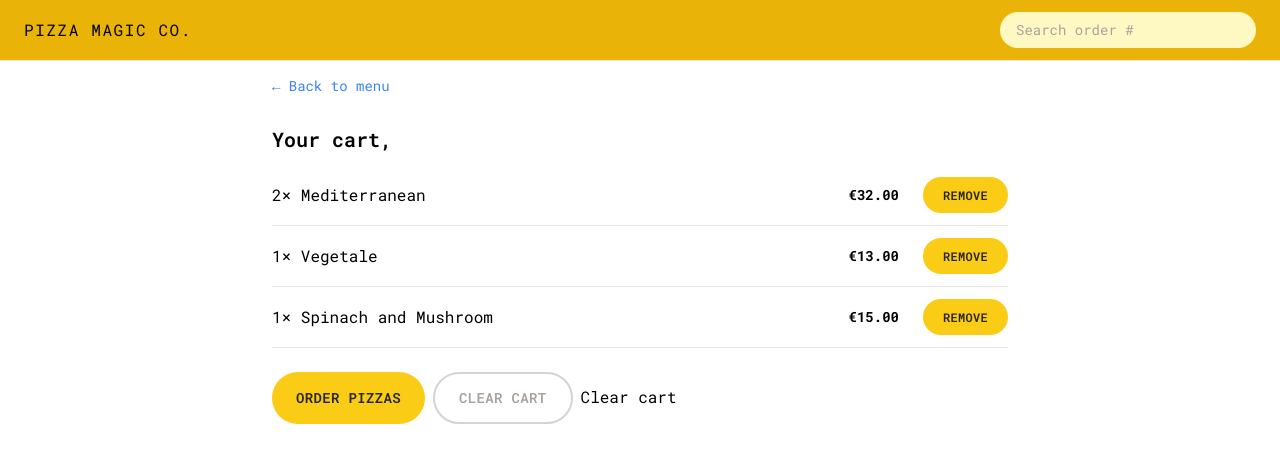
Repository: SyLe-Van/The-Pizza-Magic-web
Page: /cart
An editor plug-in stored every save of this project. The page is shown before and after the next save, followed by the edit.
The browser window is 1280 px wide. The pictures show the whole page.
The project was rebuilt for these pictures with package versions that can differ from the ones it lists, and the page was loaded fresh each time. Also part of the build but not shown: vite.config.js, src/features/user/CreateUser.jsx, src/ui/Home.jsx, src/features/cart/CartOverview.jsx, src/features/user/Username.jsx, src/ui/Loader.jsx, src/services/apiRestaurant.js, src/features/menu/Menu.jsx and 4 more. Imported but missing from the stored project, and not drawn on this page: src/features/menu/MenuItem.

Above is the page before, as saved 2024-07-29 00:15:31.

After the next save:
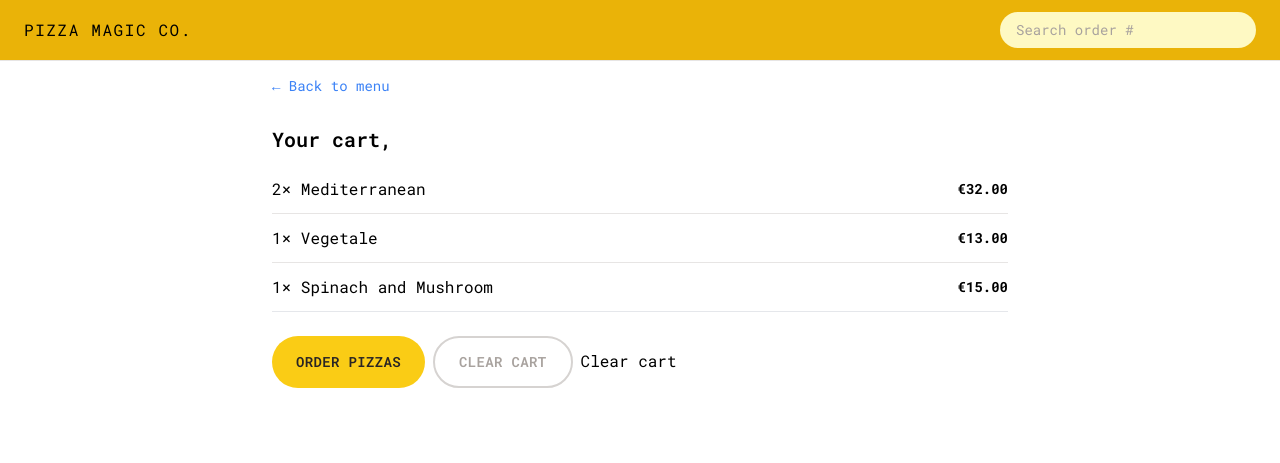
Saved 74 s later.
--- a/src/features/cart/CartItem.jsx
+++ b/src/features/cart/CartItem.jsx
@@ -10,7 +10,6 @@ function CartItem({ item }) {
       </p>
       <div className="flex justify-between sm:gap-6 items-center">
         <p className="text-sm font-bold">{formatCurrency(totalPrice)}</p>
-        <Button type="small">Remove</Button>
       </div>
     </li>
   );
